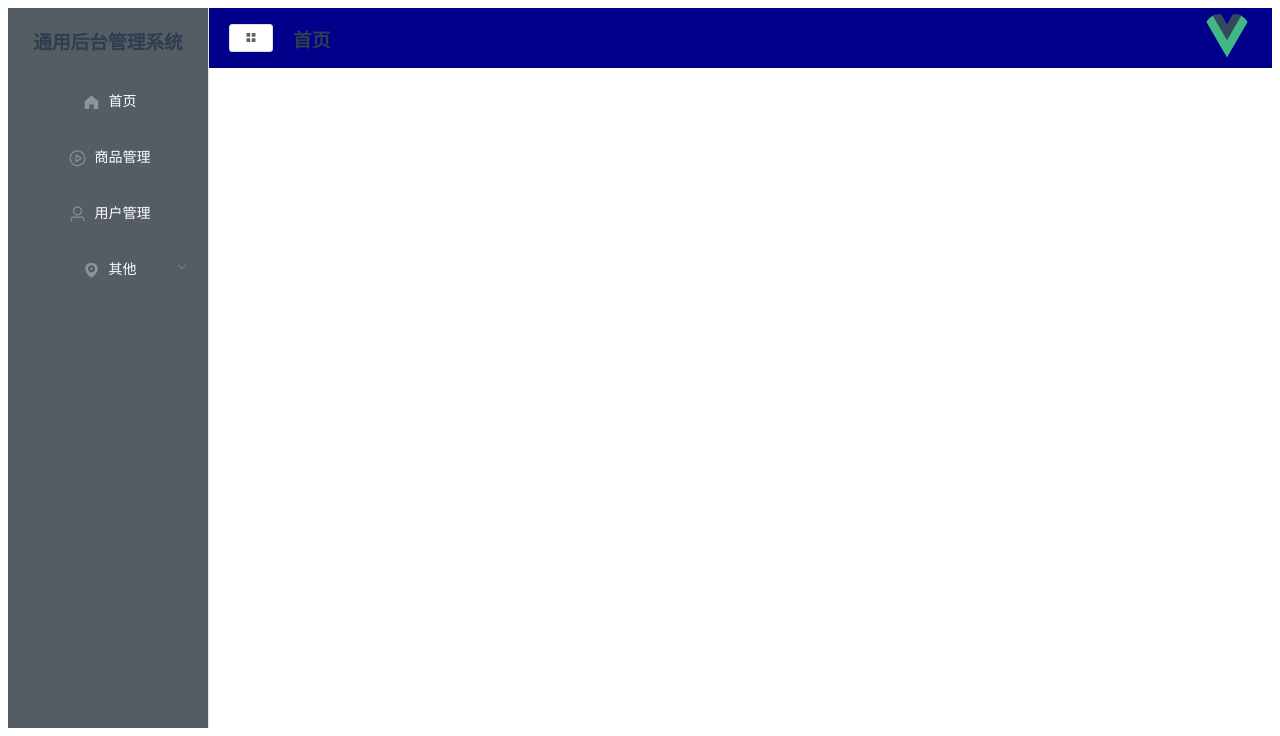
Repository: 385841539/VueStudy
Page: / (app in vue_cli/)
These files come from the project's save history. The page is drawn as it stood at one moment and after the next save; the edit follows.
The browser window is 1280 px wide. The pictures show the whole page.
The project was rebuilt for these pictures with package versions that can differ from the ones it lists, and the page was loaded fresh each time. Also part of the build but not shown: vue_cli/vue.config.js.

Above is the page before, as saved 2022-01-12 19:55:26.

After the next save:
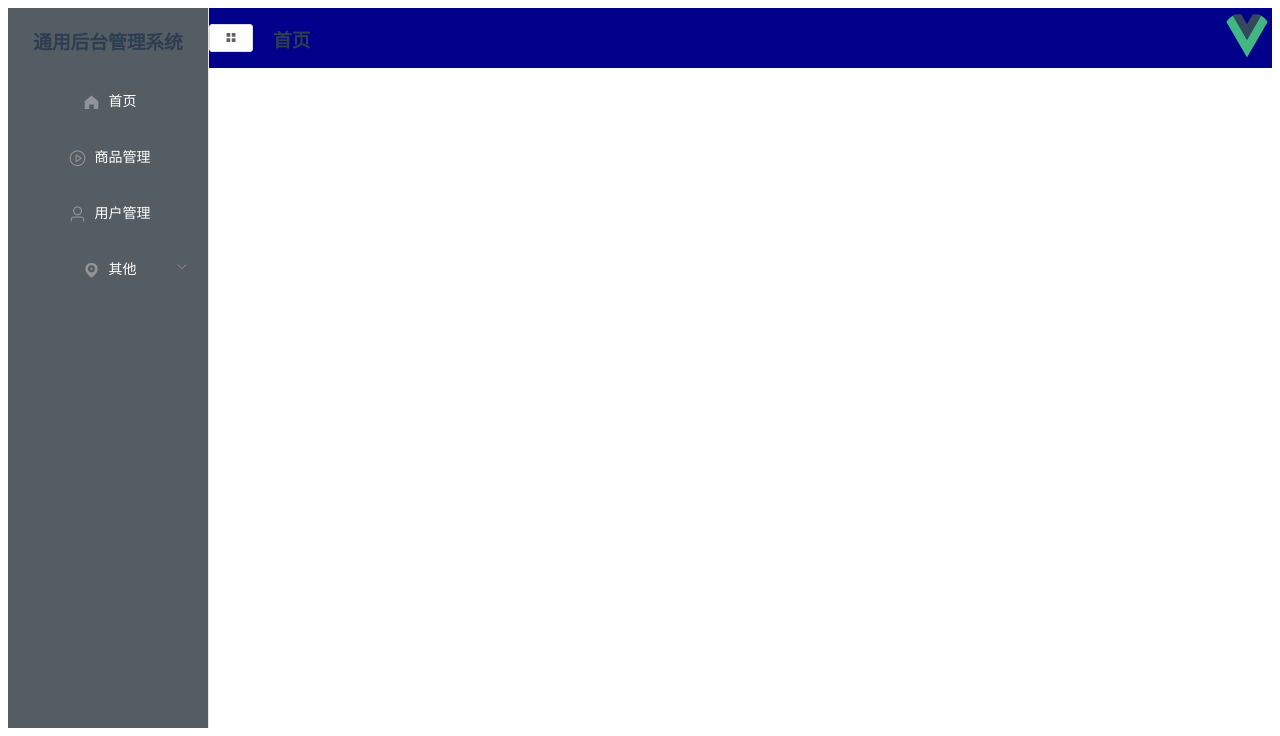
Saved 15 s later.
--- a/vue_cli/src/views/Main.vue
+++ b/vue_cli/src/views/Main.vue
@@ -29,6 +29,7 @@ export default {
 .el-header {
   background-color: darkblue;
   width: 100%;
+  padding: 0%;
 }
 .el-main {
   padding-top: 0;
